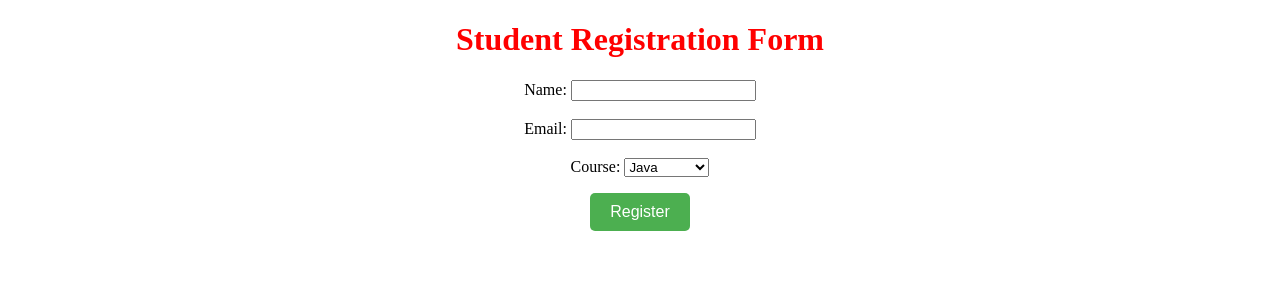
Repository: anik3395/JavaServletProjects
Page: eclipse-workspace/StudentRegistrationSystem/src/main/webapp/registration.html
These files come from the project's save history. The page is drawn as it stood at one moment and after the next save; the edit follows.
The browser window is 1280 px wide. The pictures show the whole page.

Above is the page before, as saved 2024-10-22 14:09:37.

### eclipse-workspace/StudentRegistrationSystem/src/main/webapp/registration.html
<!DOCTYPE html>
<html>
<head>
<meta charset="UTF-8">
<title>Student Registration Form</title>
</head>
<body style="text-align:center;">

<h1 style="color:red;">Student Registration Form</h1>

 <!-- Create a form for Registration -->
<form action="register" method="post">

<!-- Create all input field  -->
Name: <input type="text" name="name" required><br><br>

Email: <input type="email" name="email" required><br><br>

Course: <select name="course">
            <option >Java</option>
            <option >Python</option>
            <option >JavaScript</option>
            <option> C </option>
            <option>C++</option>

</select>
<p></p>
<!-- Submit button to register the student -->
<input type="submit" value="Register" style="background-color: #4CAF50; color: white; padding: 10px 20px; border: none; border-radius: 5px; font-size: 16px; cursor: pointer;">

</form>

</body>
</html>

After the next save:
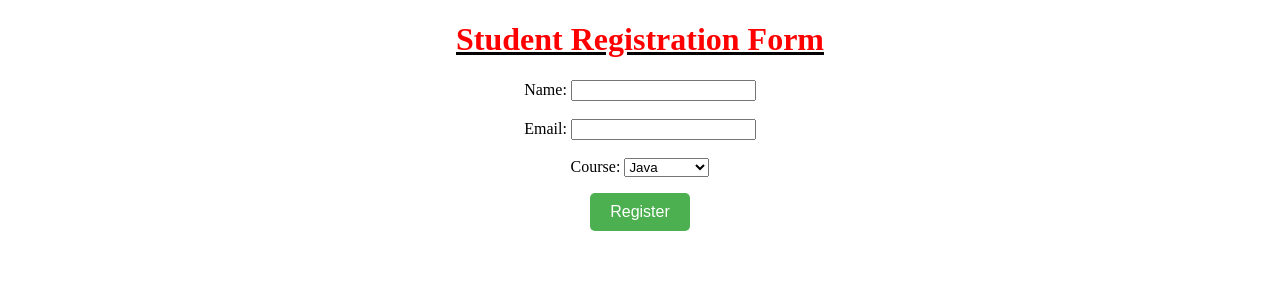
Saved 5 min 26 s later.
--- a/eclipse-workspace/StudentRegistrationSystem/src/main/webapp/registration.html
+++ b/eclipse-workspace/StudentRegistrationSystem/src/main/webapp/registration.html
@@ -6,7 +6,7 @@
 </head>
 <body style="text-align:center;">
 
-<h1 style="color:red;">Student Registration Form</h1>
+<u><h1 style="color:red;">Student Registration Form</h1></u>
 
  <!-- Create a form for Registration -->
 <form action="register" method="post">
